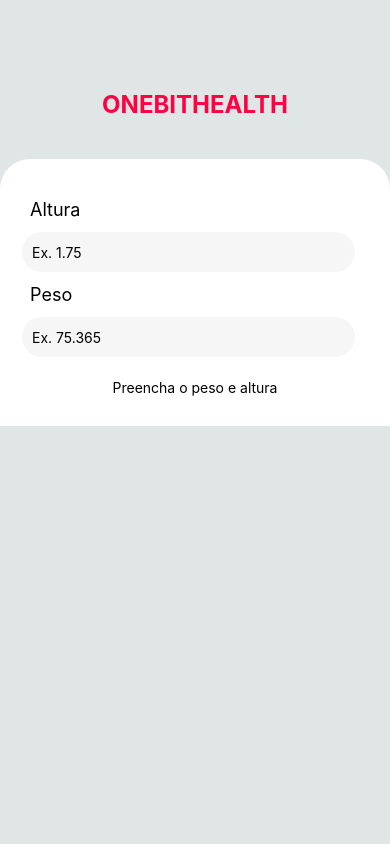
Repository: GustavoMSevero/onebithealth
Screen: /
An editor plug-in stored every save of this project. The screen is shown before and after the next save, followed by the edit.
The app was drawn by React Native's web renderer in a window 390 px wide. The project was rebuilt for these pictures with package versions that can differ from the ones it lists, and the page was loaded fresh each time.

Above is the screen before, as saved 2024-09-06 16:40:17.

After the next save:
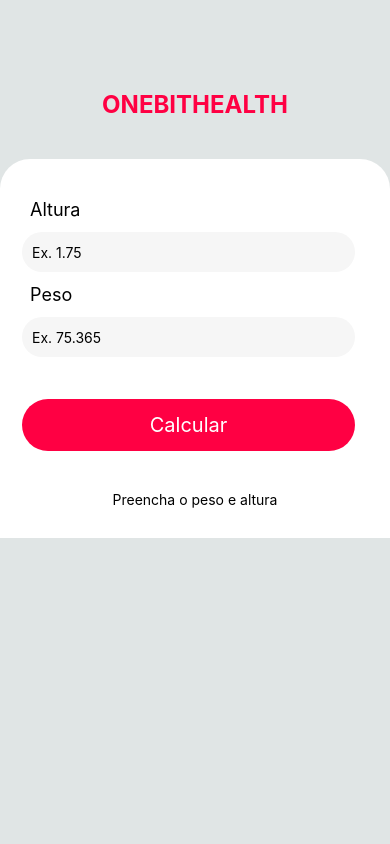
Saved 116 s later.
--- a/src/components/Form/index.js
+++ b/src/components/Form/index.js
@@ -50,11 +50,13 @@
                     keyboardType="numeric"
                 />
                 <TouchableOpacity
-                    style={styles.textButtonCalculator}
+                    style={styles.buttonCalculator}
                     onPress={() => {
                         validationImc()
                     }}
-                />
+                >
+                    <Text style={styles.textButtonCalculator}>{textButton}</Text>
+                </TouchableOpacity>
             </View>
             <ResultImc messageResultImc={messageImc} resultImc={imc} />
         </View>
